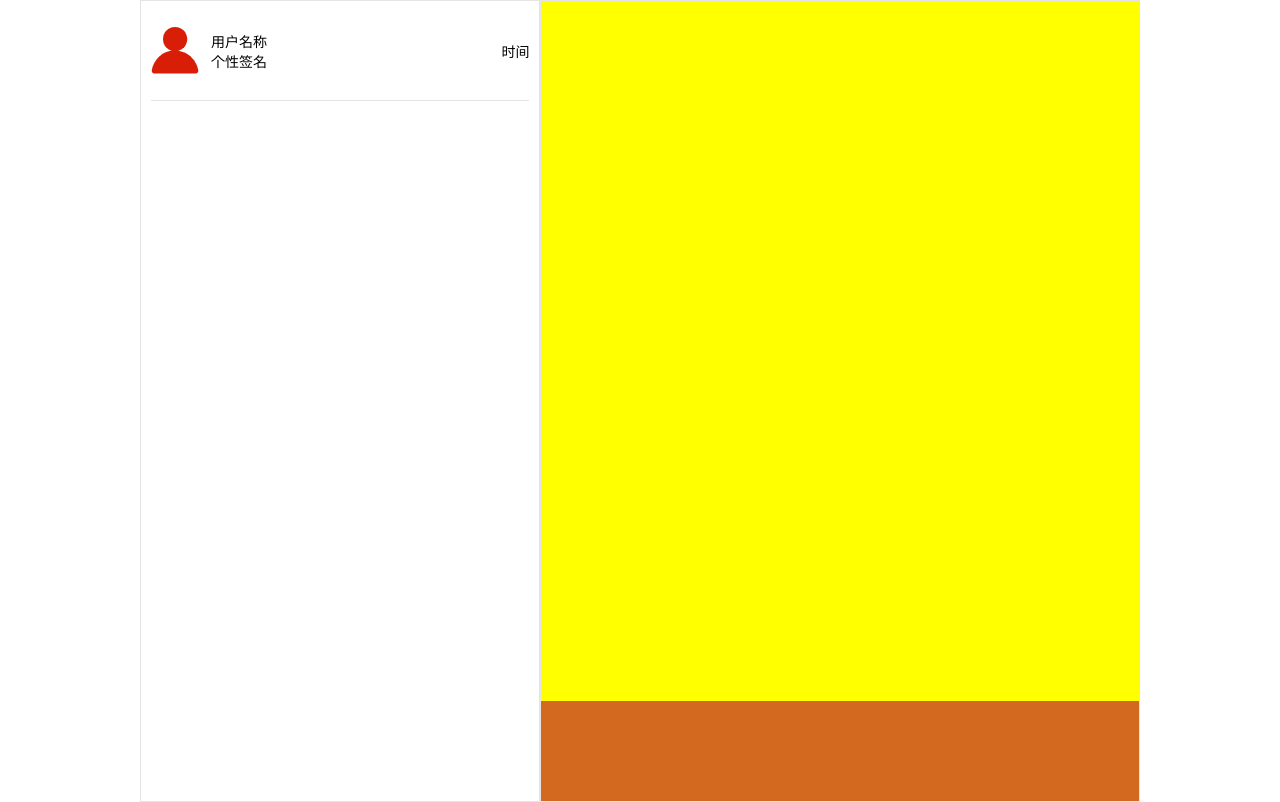
Repository: jinggegeZ/livechat
Page: /
These files come from the project's save history. The page is drawn as it stood at one moment and after the next save; the edit follows.
The browser window is 1280 px wide. The pictures show the whole page.
The project was rebuilt for these pictures with package versions that can differ from the ones it lists, and the page was loaded fresh each time.

Above is the page before, as saved 2020-08-17 11:12:21.

After the next save:
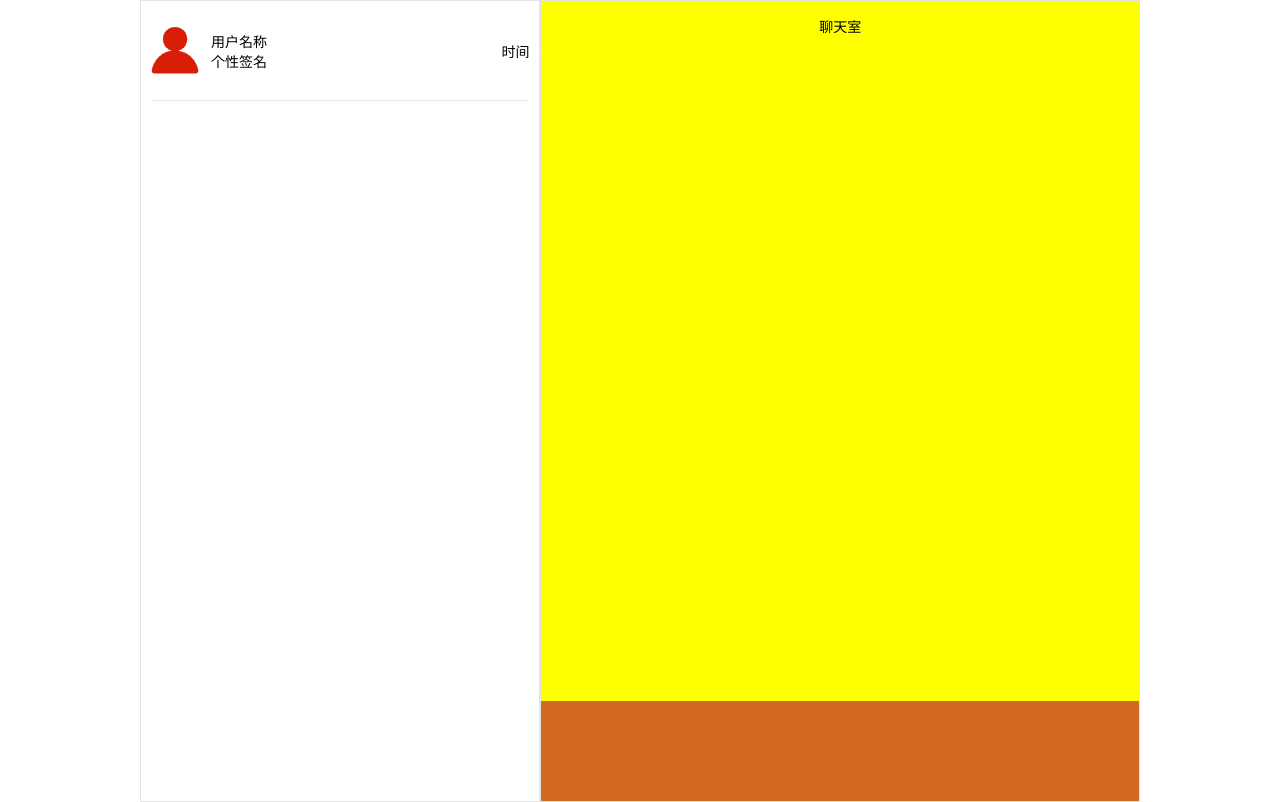
Saved 119 s later.
--- a/src/views/Home.vue
+++ b/src/views/Home.vue
@@ -22,7 +22,9 @@
         </div>
         <!-- 聊天信息 -->
         <div class="box2">
-          <div class="box2-1"></div>
+          <div class="box2-1">
+              <div class="box2-1-top">聊天室</div>
+          </div>
           <div class="box2-2"></div>
         </div>
       </div>
@@ -105,4 +107,12 @@ export default {
   background: chocolate;
   z-index: 1;
 }
+.box2-1-top {
+  width: 100%;
+  height: 50px;
+  border-bottom: 1px solid rgb(228, 228, 228);
+  display: flex;
+  justify-content: center;
+  align-items: center;
+}
 </style>
